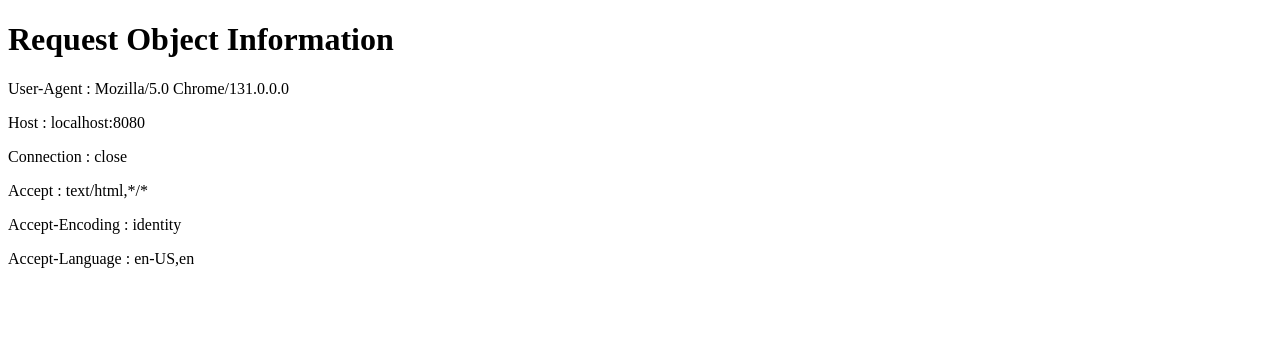
Repository: ZawMinKhantOrLeon/JavaEEWS
Page: http://localhost/jsp_servlet/response.jsp
These files come from the project's save history. The page is drawn as it stood at one moment and after a run of saves; the edit follows.
The browser window is 1280 px wide. The pictures show the whole page.
The page is served by Tomcat 10.

Above is the page before, as saved 2024-02-14 10:21:35.

After the next 2 saves:
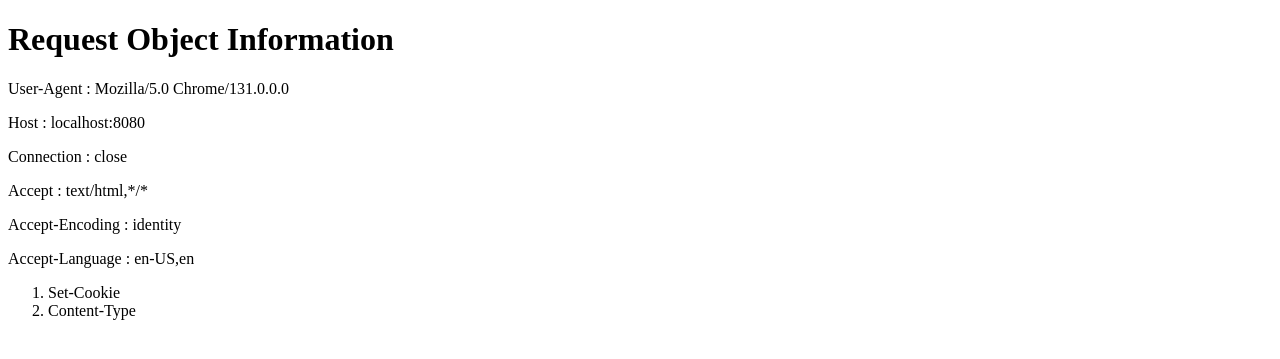
The 2 saves are shown as one change because 1 did not build or start.
The last was saved 85 s later.
--- a/jsp_servlet/src/main/webapp/response.jsp
+++ b/jsp_servlet/src/main/webapp/response.jsp
@@ -19,7 +19,9 @@
 	<ol>
 		<%
 			Collection<String> names= response.getHeaderNames();
-
+	        for(final String name:names){
+				out.print("<li>"+name+"</li>");
+            }
 		%>
 	</ol>
 </body>
